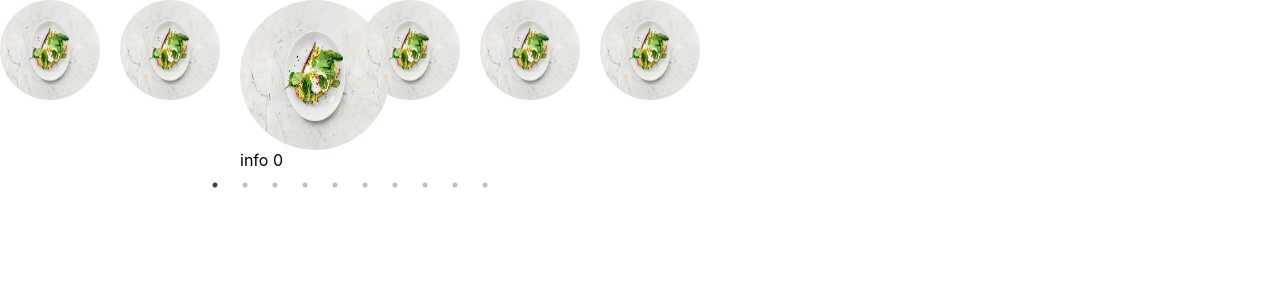
Repository: nambui98/slider
Page: /
An editor plug-in stored every save of this project. The page is shown before and after the next save, followed by the edit.
The browser window is 1280 px wide. The pictures show the whole page.
The project was rebuilt for these pictures with package versions that can differ from the ones it lists, and the page was loaded fresh each time. Also part of the build but not shown: vite.config.ts.

Above is the page before, as saved 2022-04-12 09:36:21.

### src/App.tsx
import { useState } from 'react'
import Horizolsider from './components/horizolslider/Horizolsider'
import logo from './logo.svg'
import './App.css'
import "slick-carousel/slick/slick.css";
import "slick-carousel/slick/slick-theme.css";
function App() {
  const [count, setCount] = useState(0)

  return (
    <div className="App">
      <Horizolsider />
    </div>
  )
}

export default App

### src/components/horizolslider/Horizolsider.tsx
import React, { useEffect, useRef, useState } from 'react'
import styled from 'styled-components'
import Slider from "react-slick";
import image1 from '../../assets/images/pexels-daria-shevtsova-1095550.jpg'

type Props = {}

const Wrapper = styled.div`
    width: 700px;
    /* margin: auto; */
    /* overflow-x: scroll; */
    .overlay{
        display: flex;
        align-items: center;
    height: 500px;

        /* width: 100%; */
        /* height: 500px; */

    }
`
const Item = styled.div`
    /* position: relative;
    margin: 0 15px; */
    .info{
        visibility: hidden;
    }
    img{
        width: 100px;
        height: 100px;
        border-radius: 50%;
        transition: all .3s;
    }
    &.active{
        img{
            width: 150px;
            height: 150px;
        }
        .info{
            visibility: visible;
        }
    }
`
const Horizolsider = (props: Props) => {
    const [activeIndex, setActiveIndex] = useState(0);
    const overlayRef = useRef<any>();
    const settings = {
        dots: true,
        infinite: true,
        speed: 500,
        slidesToShow: 5,
        slidesToScroll: 1,
        centerMode: true,
        focusOnSelect: true,
        centerPadding: 50
    };
    // useEffect(() => {
    //     console.log(overlayRef.current.style.transform);

    // }, [])

    return (
        <Wrapper>

            <Slider {...settings}>

                {
                    [...Array(10).keys()].map((i, index) => <div>
                        <Item className={`${index === activeIndex && "active"}`} onClick={() => setActiveIndex(index)}>
                            <img src={image1} alt="" />
                            <div className="info">info {i}</div>
                        </Item>
                    </div>)
                }
            </Slider>
        </Wrapper>
    )
}
export default Horizolsider

Loaded but not shown: index.html (common file); src/main.tsx (common file); src/index.css (common file); src/App.css (common file)

After the next save:
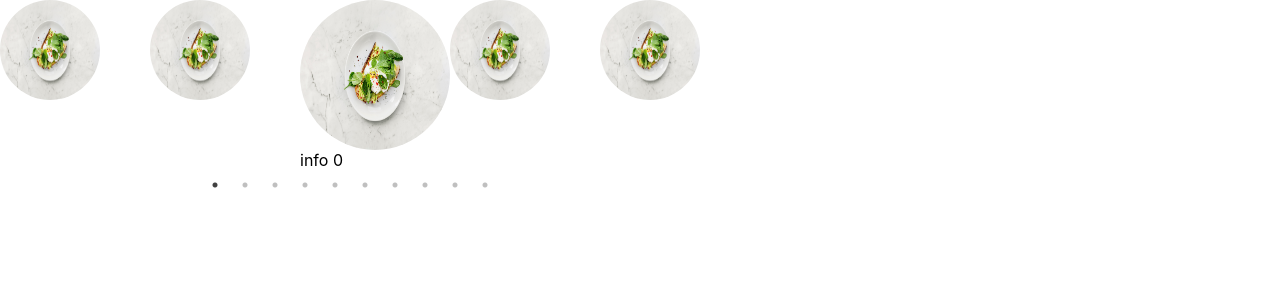
Saved 19 s later.
--- a/src/components/horizolslider/Horizolsider.tsx
+++ b/src/components/horizolslider/Horizolsider.tsx
@@ -48,7 +48,7 @@ const Horizolsider = (props: Props) => {
         dots: true,
         infinite: true,
         speed: 500,
-        slidesToShow: 5,
+        slidesToShow: 4,
         slidesToScroll: 1,
         centerMode: true,
         focusOnSelect: true,
